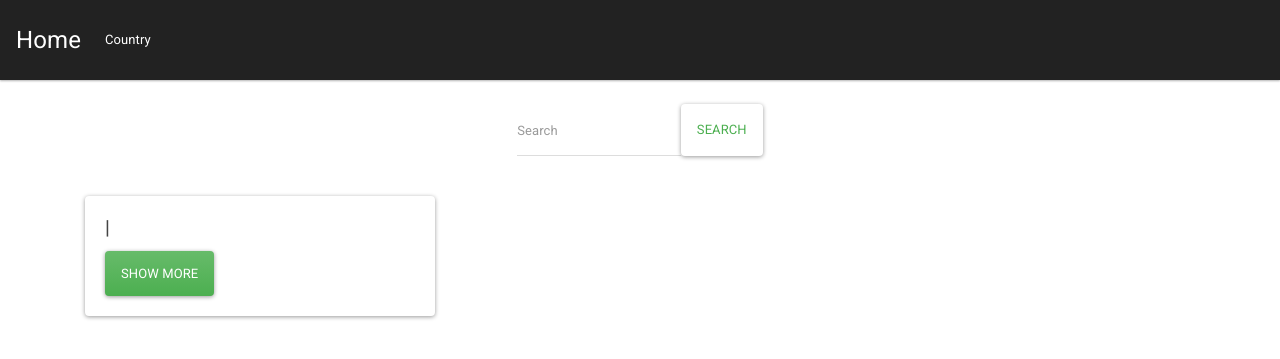
Repository: abdelhak-f/Countries_React
Page: / (app in client/)
These files come from the project's save history. The page is drawn as it stood at one moment and after the next save; the edit follows.
The browser window is 1280 px wide. The pictures show the whole page.
The page's requests for data from a server got no answer. The project was rebuilt for these pictures with package versions that can differ from the ones it lists, and the page was loaded fresh each time. No one was signed in, and anything a server would have sent is missing. Also part of the build but not shown: client/src/components/countrys/ProfilCountry.jsx.

Above is the page before, as saved 2021-05-11 12:23:53.

After the next save:
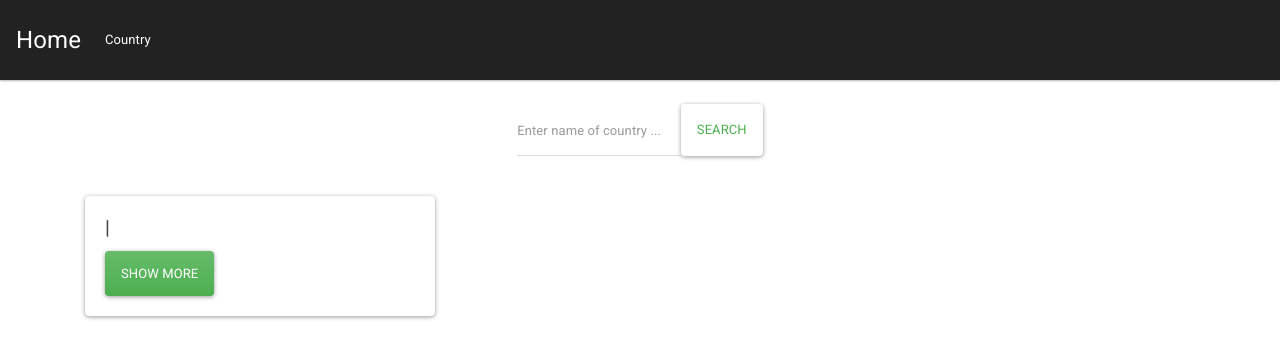
Saved 36 s later.
--- a/client/src/components/countrys/SearchCountry.jsx
+++ b/client/src/components/countrys/SearchCountry.jsx
@@ -67,7 +67,7 @@ const Codes = ({ alpha3Code, alpha2Code, flag, name}) => {
         <div>
             <div className="container-fluid w-25 p-3">
                 <form className="d-flex">
-                    <input onChange={e => setInput(e.target.value)} className="form-control me-2" type="search" placeholder="Search" aria-label="Search" />
+                    <input onChange={e => setInput(e.target.value)} className="form-control me-2" type="search" placeholder="Enter name of country ..." aria-label="Search" />
                     <button className="btn btn-outline-success" type="submit">Search</button>
                 </form>
             </div>
